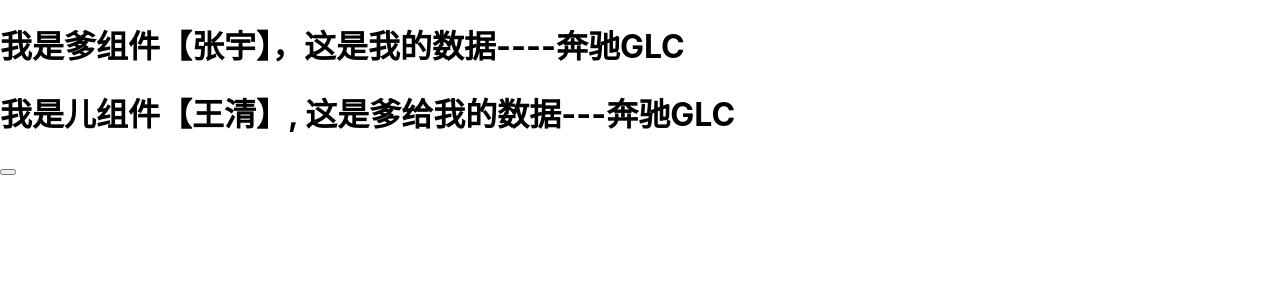
Repository: ZhangCoder0812/zf-react-project
Page: /
These files come from the project's save history. The page is drawn as it stood at one moment and after a run of saves; the edit follows.
The browser window is 1280 px wide. The pictures show the whole page.
The project was rebuilt for these pictures with package versions that can differ from the ones it lists, and the page was loaded fresh each time.

Above is the page before, as saved 2021-05-17 11:00:12.

### src/index.js
import React from "react";
import ReactDOM from "react-dom";
import "./index.css";
import App from "./App";

ReactDOM.render(
    <App className="我是父组件传的值" />, // 严格模式可能会导致多次渲染
    // <React.StrictMode>
    //   <App />
    // </React.StrictMode>,
    document.getElementById("root")
);

### src/App.js
import React from "react";
import Child from "./child";

class App extends React.Component {
    state = {
        name: "奔驰GLC",
    };
    render() {
        let { name } = this.state;
        return (
            <div>
                <h1>我是爹组件【张宇】，这是我的数据----{name}</h1>
                <Child data={name} />
            </div>
        );
    }
}

export default App;

### src/child.js
import React from "react";

function child(props) {
    // props 父组件传的数据
    let { data } = props;
    return (
        <div>
            <h1>我是儿组件【王清】, 这是爹给我的数据---{data}</h1>
            <button></button>
        </div>
    );
}

export default child;

Loaded but not shown: public/index.html (common file); src/index.css (common file)

After the next 3 saves:
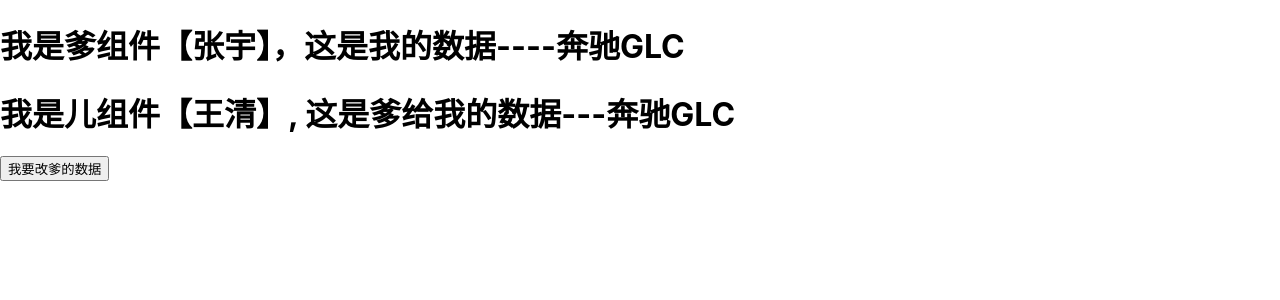
The 3 saves are shown as one change because 1 did not build or start and some came seconds apart.
The last was saved 32 s later.
--- a/src/child.js
+++ b/src/child.js
@@ -3,10 +3,13 @@
 function child(props) {
     // props 父组件传的数据
     let { data } = props;
+    const change =()=>{
+
+    }
     return (
         <div>
             <h1>我是儿组件【王清】, 这是爹给我的数据---{data}</h1>
-            <button></button>
+            <button onClick={change}>我要改爹的数据</button>
         </div>
     );
 }
